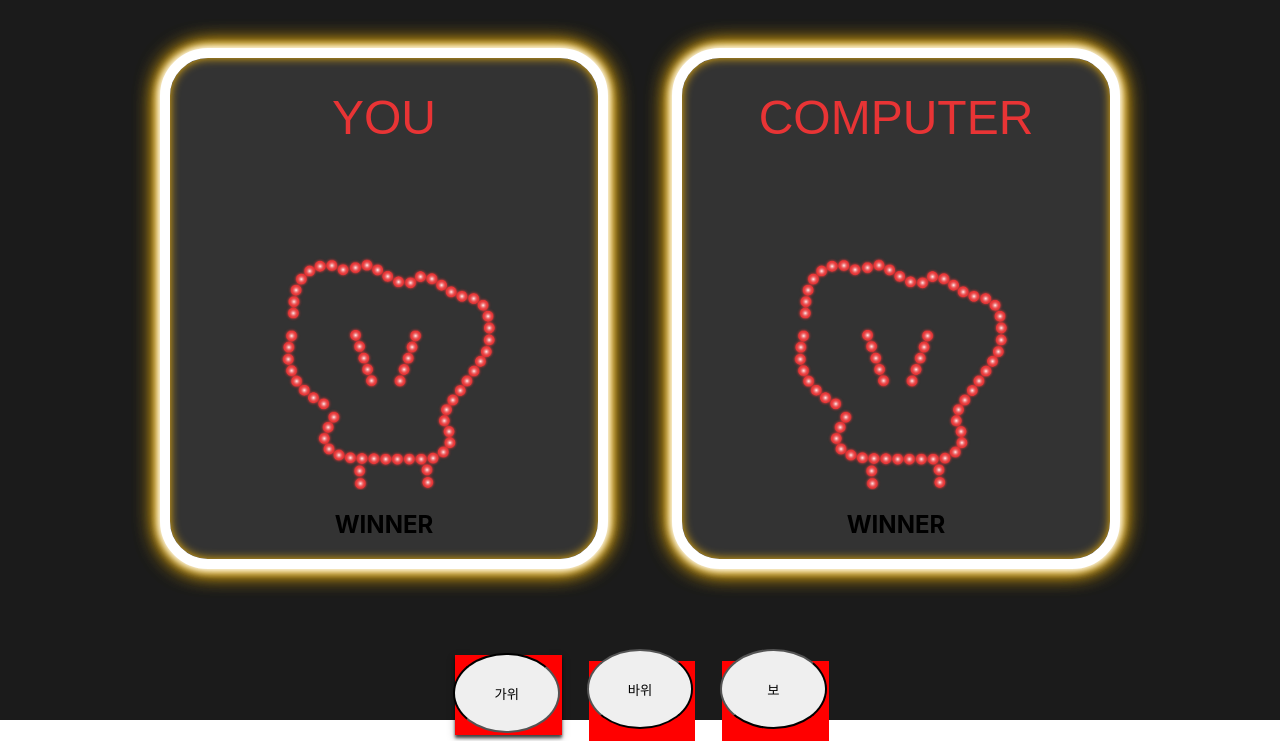
Repository: KIMMIHYE12/classComponent
Page: /
An editor plug-in stored every save of this project. The page is shown before and after the next save, followed by the edit.
The browser window is 1280 px wide. The pictures show the whole page.
The first visible `.btn_wrap button` is being pressed.
Some web fonts or font styles are not loaded; a fallback is used. The project was rebuilt for these pictures with package versions that can differ from the ones it lists, and the page was loaded fresh each time.

Above is the page before, as saved 2024-03-18 22:54:35.

### src/App.js
import "./App.css";
import { Box } from "./component/Box";

function App() {
  return (
    <div className='content'>
      <div className='game_screen'>
        <Box title='YOU' />
        <Box title='COMPUTER' />
      </div>
      <div className='btn_wrap'>
        <button className='scissor'>가위</button>
        <button className='rock'>바위</button>
        <button className='paper'>보</button>
      </div>
    </div>
  );
}

export default App;

### src/App.css
@import url("https://use.typekit.net/ebb2deg.css");

* {
  box-sizing: border-box;
}

.content {
  height: 100vh;
  padding: 3em 0;
  background-color: #1b1b1b;
}

.game_screen {
  width: 100%;
  display: flex;
  justify-content: center;
}

.box {
  width: 35%;
  display: flex;
  flex-direction: column;
  align-items: center;
  margin: 0 2em;
  border: 10px solid #fff;
  background: #333;
  border-radius: 3rem;
  box-shadow: 0 0 10px #fff, 0 0 10px #fff, 0 0 24px #f5b70c, 0 0 16px #f5b70c,
    0 0 24px #f5b70c, inset 0 0 10px #f5b70c;
}

h1 {
  font-size: 3em;
  color: #e83435;
  font-family: "gloridot", sans-serif;
  font-weight: 400;
  font-style: normal;
}

img {
  width: 70%;
}

.btn_wrap {
  position: relative;
  margin-top: 5em;
  display: flex;
  justify-content: center;
  z-index: 1;
}

.btn_wrap button {
  position: relative;
  width: 8em;
  height: 6em;
  margin: 0 1em;
  border-radius: 50%;
  top: 0;
}

.btn_wrap button:active:before {
  top: 0;
  box-shadow: 0 3px 3px rgba(0, 0, 0, 0.7), 0 3px 9px rgba(0, 0, 0, 0.2);
}

.btn_wrap button:active {
  top: 4px;
}

.btn_wrap button:before {
  width: 8em;
  height: 6em;
  display: inline-block;
  content: "";
  position: absolute;
  top: 10px;
  left: 0;
  right: 0;
  background: red;
  transition: all ((0.06 * 1.3) + s) ease-out;
  z-index: -1;
}

### src/component/Box.js
import React from "react";

export const Box = (props) => {
  console.log(props);
  return (
    <div className='box'>
      <h1>{props.title}</h1>
      <img src='/images/rock.png' alt='바위' />
      <h2>WINNER</h2>
    </div>
  );
};

Loaded but not shown: public/index.html (common file); src/index.js (common file); src/index.css (common file); src/reportWebVitals.js (common file); public/manifest.json (common file)

After the next save:
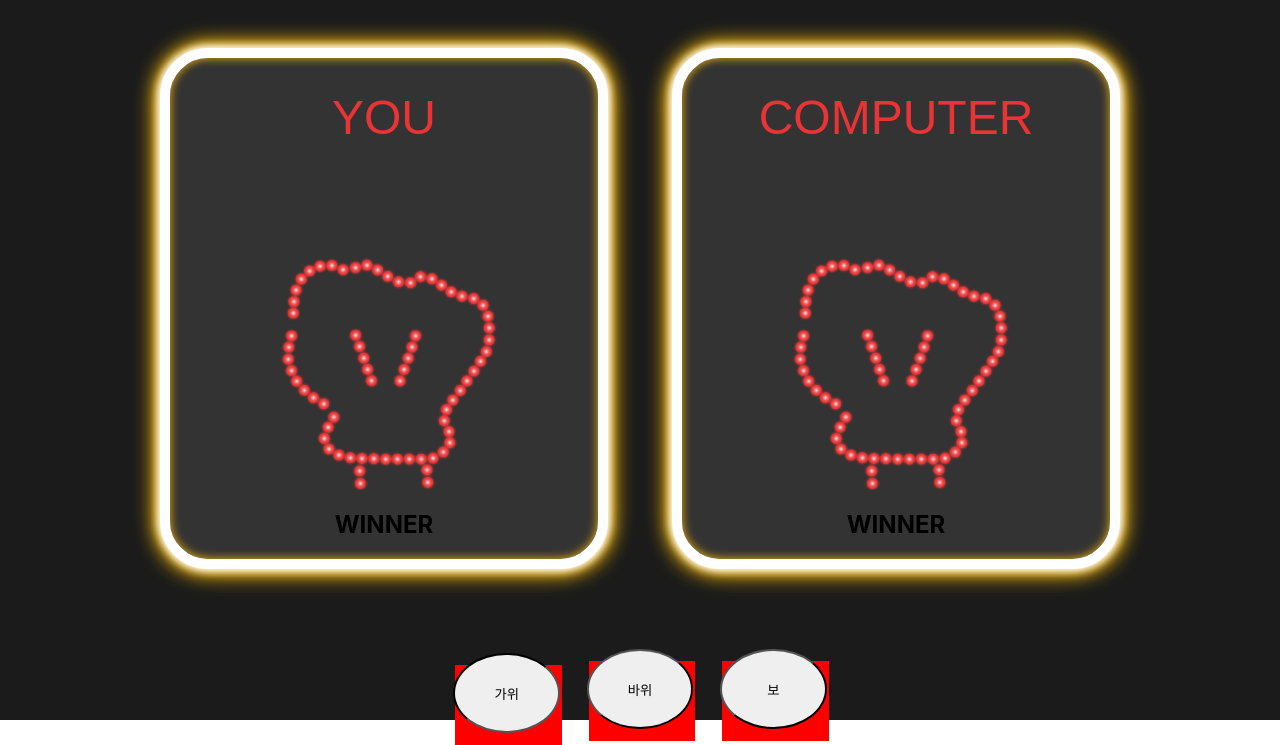
Saved 28 s later.
--- a/src/App.css
+++ b/src/App.css
@@ -58,11 +58,6 @@ img {
   top: 0;
 }
 
-.btn_wrap button:active:before {
-  top: 0;
-  box-shadow: 0 3px 3px rgba(0, 0, 0, 0.7), 0 3px 9px rgba(0, 0, 0, 0.2);
-}
-
 .btn_wrap button:active {
   top: 4px;
 }
